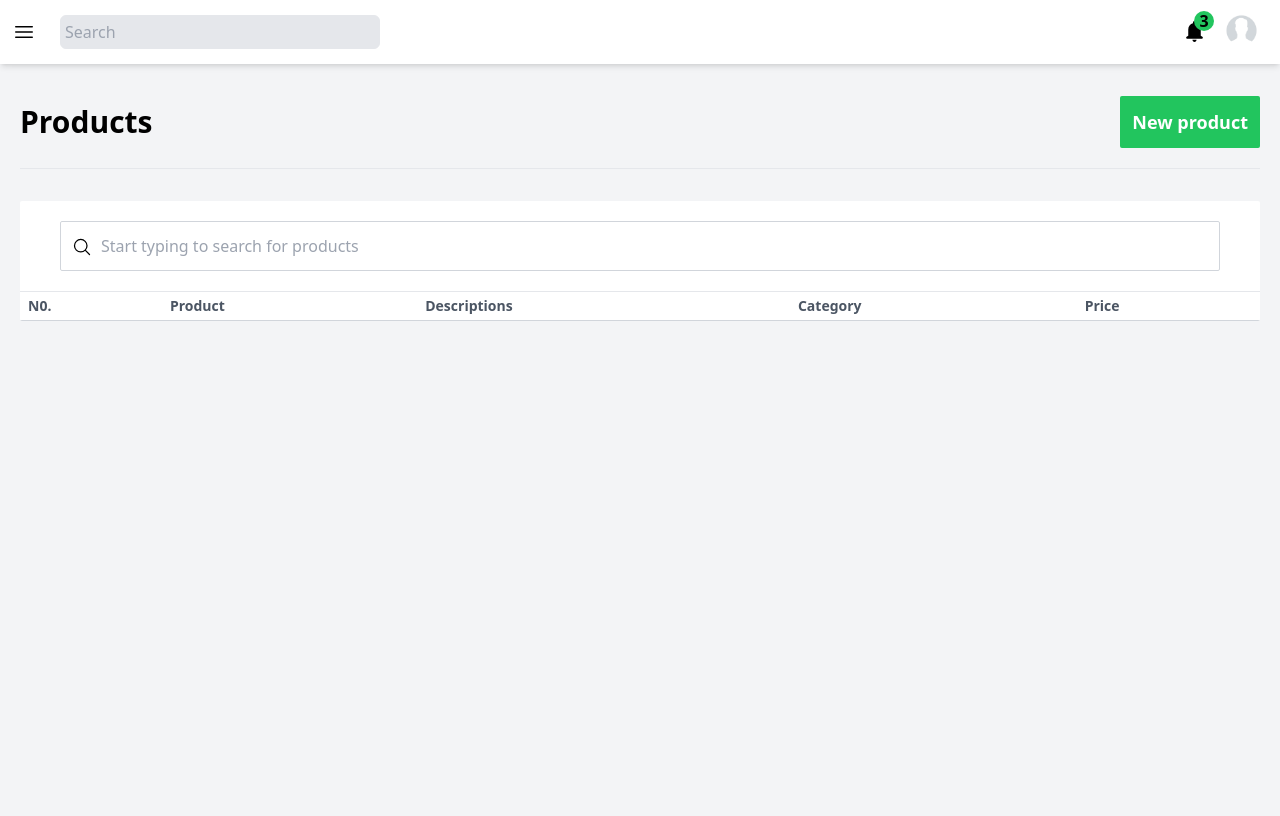
Repository: IssaMuiz/ifarmstock-admin
Page: /products
These files come from the project's save history. The page is drawn as it stood at one moment and after the next save; the edit follows.
The browser window is 1280 px wide. The pictures show the whole page.
The page's requests for data from a server got no answer. The project was rebuilt for these pictures with package versions that can differ from the ones it lists, and the page was loaded fresh each time. The framework's server and built-in components were replaced by stand-ins that run in the browser. No one was signed in, and anything a server would have sent is missing. Also part of the build but not shown: next.config.mjs.

Above is the page before, as saved 2024-10-12 15:30:03.

After the next save:
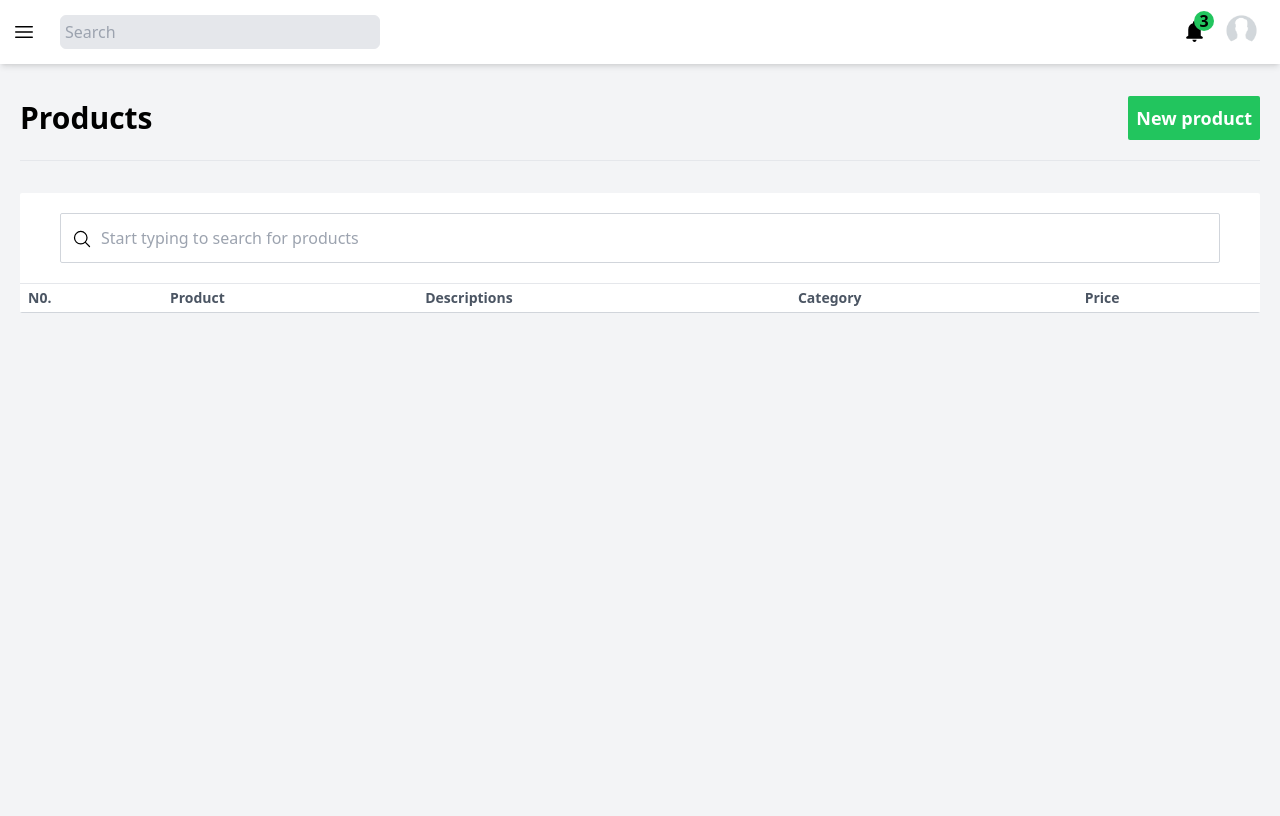
Saved 40 s later.
--- a/app/products/page.tsx
+++ b/app/products/page.tsx
@@ -7,7 +7,7 @@ const Products = () => {
         <h1 className="text-3xl font-semibold">Products</h1>
         <button
           type="button"
-          className="p-3 font-semibold text-lg bg-green-500 hover:bg-green-600 rounded-sm text-white"
+          className="p-2 font-semibold text-lg bg-green-500 hover:bg-green-600 rounded-sm text-white"
         >
           New product
         </button>
